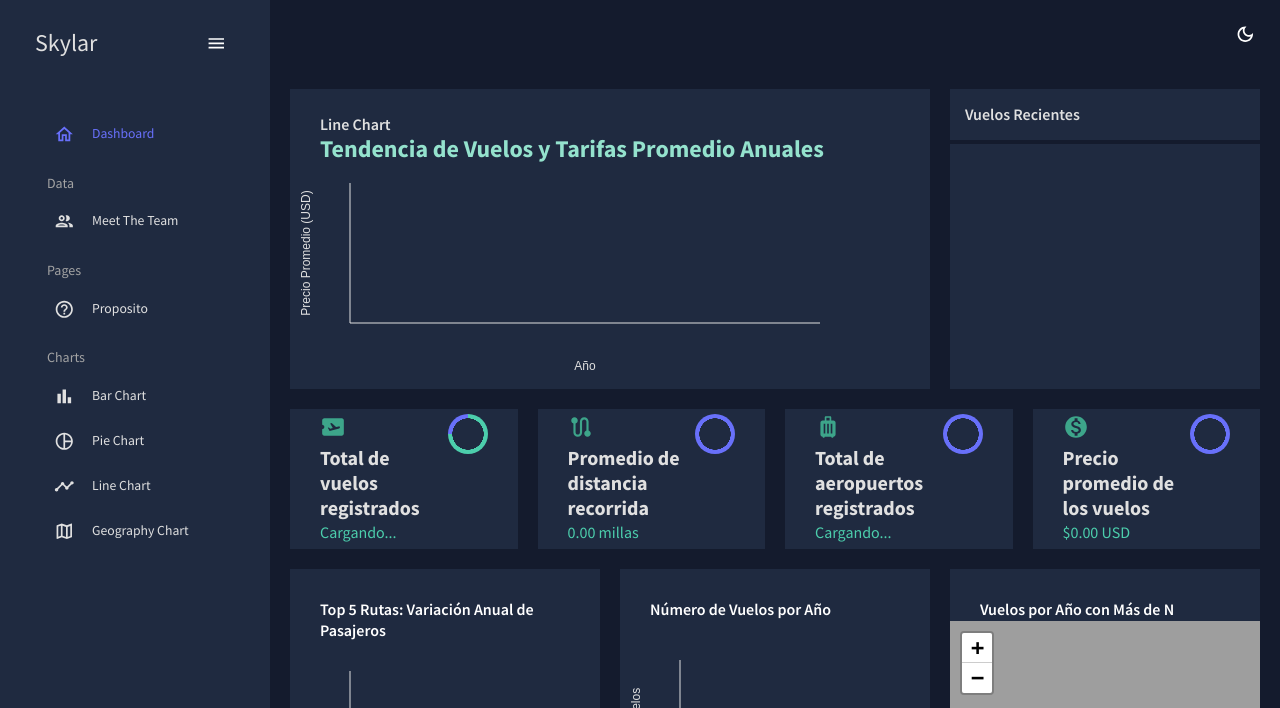
Repository: Carpinteron/Dashboard-DatabaseProject
Page: / (app in react-admin-dashboard-master/)
An editor plug-in stored every save of this project. The page is shown before and after the next save, followed by the edit.
The browser window is 1280 px wide. The pictures show the part of the page from y = 0 to 708 px (the page is 886 px tall).
Pictures or frames that could not be fetched are drawn as grey boxes. The page's requests for data from a server got no answer. The project was rebuilt for these pictures with package versions that can differ from the ones it lists, and the page was loaded fresh each time. No one was signed in, and anything a server would have sent is missing. Also part of the build but not shown: react-admin-dashboard-master/src/components/Header.jsx, react-admin-dashboard-master/src/scenes/team/index.jsx, react-admin-dashboard-master/src/scenes/bar/index.jsx, react-admin-dashboard-master/src/components/BarChart2.jsx, react-admin-dashboard-master/src/scenes/bar2/index.jsx, react-admin-dashboard-master/src/scenes/form/index.jsx, react-admin-dashboard-master/src/scenes/line/index.jsx, react-admin-dashboard-master/src/components/PieChart.jsx and 3 more.

Above is the page before, as saved 2025-05-06 23:03:23.

### react-admin-dashboard-master/public/index.html
<!DOCTYPE html>
<html lang="en">
  <head>
    <meta charset="utf-8" />
    <link rel="icon" type="image/png" href="%PUBLIC_URL%/logoprueba.png" />
    <meta name="viewport" content="width=device-width, initial-scale=1" />
    <meta name="theme-color" content="#000000" />
    <meta
      name="description"
      content="Web site created using create-react-app"
    />
    <link rel="apple-touch-icon" href="%PUBLIC_URL%/logo192.png" />
    <!--
      manifest.json provides metadata used when your web app is installed on a
      user's mobile device or desktop. See https://developers.google.com/web/fundamentals/web-app-manifest/
    -->
    <link rel="manifest" href="%PUBLIC_URL%/manifest.json" />
    <!--
      Notice the use of %PUBLIC_URL% in the tags above.
      It will be replaced with the URL of the `public` folder during the build.
      Only files inside the `public` folder can be referenced from the HTML.

      Unlike "/favicon.ico" or "favicon.ico", "%PUBLIC_URL%/favicon.ico" will
      work correctly both with client-side routing and a non-root public URL.
      Learn how to configure a non-root public URL by running `npm run build`.
    -->
    <title>Dashboard - Skylar</title>
  </head>
  <body>
    <noscript>You need to enable JavaScript to run this app.</noscript>
    <div id="root"></div>
    <!--
      This HTML file is a template.
      If you open it directly in the browser, you will see an empty page.

      You can add webfonts, meta tags, or analytics to this file.
      The build step will place the bundled scripts into the <body> tag.

      To begin the development, run `npm start` or `yarn start`.
      To create a production bundle, use `npm run build` or `yarn build`.
    -->
  </body>
</html>

### react-admin-dashboard-master/src/index.css
@import url("https://fonts.googleapis.com/css2?family=Source+Sans+Pro:wght@400;600;700&display=swap");

html,
body,
#root,
.app,
.content {
  height: 100%;
  width: 100%;
  font-family: "Source Sans Pro", sans-serif;
}

.app {
  display: flex;
  position: relative;
}

::-webkit-scrollbar {
  width: 10px;
}

/* Track */
::-webkit-scrollbar-track {
  background: #e0e0e0;
}

/* Handle */
::-webkit-scrollbar-thumb {
  background: #888;
}

/* Handle on hover */
::-webkit-scrollbar-thumb:hover {
  background: #555;
}
/*
.leaflet-container .leaflet-popup-content-wrapper {
  background-color: #141b2d !important;
  color: #f1f1f1 !important;
  border-radius: 8px !important;
  box-shadow: 0 0 10px rgba(0,0,0,0.5) !important;
}

.leaflet-container .leaflet-popup-tip {
  background-color: #2c2c2c !important;
}*/

### react-admin-dashboard-master/src/scenes/global/Topbar.jsx
import { Box, IconButton, useTheme } from "@mui/material";
import { useContext } from "react";
import { ColorModeContext, tokens } from "../../theme.js";

import LightModeOutlinedIcon from "@mui/icons-material/LightModeOutlined";
import DarkModeOutlinedIcon from "@mui/icons-material/DarkModeOutlined";
import NotificationsOutlinedIcon from "@mui/icons-material/NotificationsOutlined";
import RefreshOutlinedIcon from '@mui/icons-material/RefreshOutlined';
import SettingsOutlinedIcon from "@mui/icons-material/SettingsOutlined";
import PersonOutlinedIcon from "@mui/icons-material/PersonOutlined";
import SearchIcon from "@mui/icons-material/Search";
import styled from "@emotion/styled";
import InputBase from "@mui/material/InputBase";




const styledBox = styled(Box);





const Topbar = () => {
  const theme = useTheme();
  const colors = tokens(theme.palette.mode);
  const colorMode = useContext(ColorModeContext);



  return (
    <Box display="flex" justifyContent="right" gap={2} p={2}>
      {/* SEARCH BAR */}



      {/* ICONS */}
      <Box display="flex">
        <IconButton onClick={colorMode.toggleColorMode}>
          {theme.palette.mode === "dark" ? (
            <DarkModeOutlinedIcon />
          ) : (
            <LightModeOutlinedIcon />
          )}
        </IconButton>

        {/*<IconButton>
          <SettingsOutlinedIcon />
        </IconButton>
        <IconButton>
          <PersonOutlinedIcon />
        </IconButton>*/}
      </Box>
    </Box>
  );
};

export default Topbar;

### react-admin-dashboard-master/src/scenes/dashboard/index.jsx
import { Box, Button, IconButton, Typography, useTheme } from "@mui/material";
import { tokens } from "../../theme";
import { mockTransactions } from "../../data/mockData";
import DownloadOutlinedIcon from "@mui/icons-material/DownloadOutlined";
import EmailIcon from "@mui/icons-material/Email";
import PointOfSaleIcon from "@mui/icons-material/PointOfSale";
import PersonAddIcon from "@mui/icons-material/PersonAdd";
import TrafficIcon from "@mui/icons-material/Traffic";
import Header from "../../components/Header";
import LineChart from "../../components/LineChart";
import GeographyChart from "../../components/GeographyChart";
import BarChart from "../../components/BarChart";
import PieChart2 from "../../components/PieChart2";
import StatBox from "../../components/StatBox";
import ProgressCircle from "../../components/ProgressCircle";
import { useEffect, useState } from "react";
import AirplaneTicketIcon from '@mui/icons-material/AirplaneTicket';
import RouteIcon from '@mui/icons-material/Route';
import LuggageIcon from '@mui/icons-material/Luggage';
import MonetizationOnIcon from '@mui/icons-material/MonetizationOn';



const Dashboard = () => {
  const theme = useTheme();
  const colors = tokens(theme.palette.mode);
  //Para los ultimos vuelos
  const [recentFlights, setRecentFlights] = useState([]);
  // info general
  const [totalvuelos, setTotalVuelos] = useState(0);
  const [avgdistancia, setAvgDistancia] = useState(0);
  const [totalaeropuertos, setTotalAeropuertos] = useState(0);
  const [avgprecio, setAvgPrecio] = useState(0);

  useEffect(() => {
    fetch("http://localhost:3001/api/lista-vuelos")
      .then((res) => res.json())
      .then((data) => setRecentFlights(data))
      .catch((error) => console.error("Error al obtener vuelos recientes:", error));
  }, []);

  //Para el total de vuelos
  useEffect(() => {
    const fetchTotalVuelos = async () => {
      try {
        const res = await fetch(`http://localhost:3001/api/infogeneral1`);
        const data = await res.json();
        if (data.success) {
          setTotalVuelos(data.data.totalvuelos);
        } else {
          console.error('Error en la respuesta:', data.message);
        }
      } catch (error) {
        console.error("Error al obtener el total de vuelos:", error);
      }
    };
    fetchTotalVuelos();
  }, []);


  //Para la distancia promedio
  useEffect(() => {
    const fetchAvgDistancia = async () => {
      try {
        const res = await fetch(`http://localhost:3001/api/infogeneral2`);
        const data = await res.json();
        if (data.success) {
          setAvgDistancia(data.data.avgdistancia);
        } else {
          console.error('Error en la respuesta:', data.message);
        }
      } catch (error) {
        console.error("Error al obtener la distancia promedio:", error);
      }
    };
    fetchAvgDistancia();
  }, []);

  // Para el total de aeropuertos
  useEffect(() => {
    const fetchTotalAeropuertos = async () => {
      try {
        const res = await fetch(`http://localhost:3001/api/infogeneral3`);
        const data = await res.json();

        if (data.success) {
          setTotalAeropuertos(data.data.totalaeropuertos);
        }
      } catch (error) {
        console.error("Error al obtener el total de aeropuertos:", error);
      }
    };
    fetchTotalAeropuertos();
  }, []);

  // Para el precio promedio
  useEffect(() => {
    const fetchAvgPrecio = async () => {
      try {
        const res = await fetch(`http://localhost:3001/api/infogeneral4`);
        const data = await res.json();

        if (data.success) {
          setAvgPrecio(data.data.avgprecio);
        }
      } catch (error) {
        console.error("Error al obtener el precio promedio:", error);
      }
    };
    fetchAvgPrecio();
  }, []);

  return (
    <Box m="20px">
      {/* HEADER */}

      {/* GRID & CHARTS */}
      <Box
        display="grid"
        gridTemplateColumns="repeat(12, 1fr)"
        gridAutoRows="140px"
        gap="20px"
      >
        {/* ROW 1 */}
        <Box
          gridColumn="span 8"
          gridRow="span 2"
          backgroundColor={colors.primary[400]}
        >
          <Box
            mt="25px"
            p="0 30px"
            display="flex "
            justifyContent="space-between"
            alignItems="center"
          >
            <Box>
              <Typography
                variant="h5"
                fontWeight="600"
                color={colors.grey[100]}
              >
                Line Chart
              </Typography>
              <Typography
                variant="h3"
                fontWeight="bold"
                color={colors.greenAccent[300]}
              >
                Tendencia de Vuelos y Tarifas Promedio Anuales
              </Typography>
            </Box>

          </Box>
          <Box height="250px" m="-20px 0 0 0">
            <LineChart isDashboard={true} />
          </Box>
        </Box>
        <Box
          gridColumn="span 4"
          gridRow="span 2"
          backgroundColor={colors.primary[400]}
          overflow="auto"
        >
          <Box
            display="flex"
            justifyContent="space-between"
            alignItems="center"
            borderBottom={`4px solid ${colors.primary[500]}`}
            colors={colors.grey[100]}
            p="15px"
          >
            <Typography color={colors.grey[100]} variant="h5" fontWeight="600">
              Vuelos Recientes
            </Typography>
          </Box>
          {recentFlights.map((flight, i) => (
            <Box
              key={`${flight.id}-${i}`}
              display="flex"
              justifyContent="space-between"
              alignItems="center"
              borderBottom={`4px solid ${colors.primary[500]}`}
              p="15px"
            >
              <Box>
                <Typography
                  color={colors.greenAccent[500]}
                  variant="h5"
                  fontWeight="600"
                >
                  🛬 {flight.airport1} → {flight.airport2}
                </Typography>
                <Typography color={colors.grey[100]}>
                  {flight.city1} → {flight.city2}
                </Typography>
              </Box>
              <Box color={colors.grey[100]}>{new Date(flight.date).toLocaleDateString('es-ES', { timeZone: 'UTC' })}</Box>

            </Box>

          ))}
        </Box>

        {/* ROW 2 - franja*/}
        <Box
          gridColumn="span 3"
          backgroundColor={colors.primary[400]}
          display="flex"
          alignItems="center"
          justifyContent="center"
        >
          <StatBox
            title="Total de vuelos registrados"
            subtitle={totalvuelos || "Cargando..."}

            icon={
              <AirplaneTicketIcon
                sx={{ color: colors.greenAccent[600], fontSize: "26px" }}
              />
            }
          />
        </Box>
        <Box
          gridColumn="span 3"
          backgroundColor={colors.primary[400]}
          display="flex"
          alignItems="center"
          justifyContent="center"
        >
          <StatBox
            title="Promedio de distancia recorrida"
            subtitle={avgdistancia.toFixed(2) + " millas" || "Cargando..."}
            progress=""
            increase=""

            icon={
              <RouteIcon
                sx={{ color: colors.greenAccent[600], fontSize: "26px" }}
              />
            }
          />
        </Box>
        <Box
          gridColumn="span 3"
          backgroundColor={colors.primary[400]}
          display="flex"
          alignItems="center"
          justifyContent="center"
        >
          <StatBox
            title="Total de aeropuertos registrados"
            subtitle={totalaeropuertos || "Cargando..."}
            progress=""
            increase=""
            icon={
              <LuggageIcon
                sx={{ color: colors.greenAccent[600], fontSize: "26px" }}
              />
            }
          />
        </Box>
        <Box
          gridColumn="span 3"
          backgroundColor={colors.primary[400]}
          display="flex"
          alignItems="center"
          justifyContent="center"
        >
          <StatBox
            title="Precio promedio de los vuelos"
            subtitle={"$" + avgprecio.toFixed(2) + " USD" || "Cargando..."}
            progress=""
            increase=""
            icon={
              <MonetizationOnIcon
                sx={{ color: colors.greenAccent[600], fontSize: "26px" }}
              />
            }
          />
        </Box>





        {/* ROW 3 */}

        <Box
          gridColumn="span 4"
          gridRow="span 2"
          backgroundColor={colors.primary[400]}
        >
          <Typography
            variant="h5"
            fontWeight="600"
            sx={{ padding: "30px 30px 0 30px" }}
          >
            Top 5 Rutas: Variación Anual de Pasajeros
          </Typography>
          <Box height="250px" mt="-20px">
            <BarChart isDashboard={true} />
          </Box>
        </Box>
        <Box
          gridColumn="span 4"
          gridRow="span 2"
          backgroundColor={colors.primary[400]}
        >
          <Typography
            variant="h5"
            fontWeight="600"
            sx={{ padding: "30px 30px 0 30px" }}
          >
            Número de Vuelos por Año
          </Typography>
          <Box height="260px">
            <PieChart2 isDashboard={true} />
          </Box>
        </Box>
        <Box
          gridColumn="span 4"
          gridRow="span 2"
          backgroundColor={colors.primary[400]}
        >
          <Typography
            variant="h5"
            fontWeight="600"
            sx={{ padding: "30px 30px 0 30px" }}
          >
            Vuelos por Año con Más de N Pasajeros
          </Typography>
          <Box height="250px" mt="-20px">
            <GeographyChart isDashboard={true} />
          </Box>
        </Box>
      </Box>
    </Box>

  );
};

export default Dashboard;

### react-admin-dashboard-master/src/components/BarChart.jsx
import { useEffect, useState } from "react";
import { useTheme } from "@mui/material";
import { ResponsiveBar } from "@nivo/bar";
import { tokens } from "../theme";


const BarChart = ({ year1b, year2b, isDashboard = false }) => {
  const theme = useTheme();
  const colors = tokens(theme.palette.mode);

  const [data, setData] = useState([]);

  useEffect(() => {
    document.title = "Bar Chart - Skylar";
    const fetchData = async () => {
      try {
        const res = await fetch(`http://localhost:3001/api/rutas-populares?year1=${year1b||2020}&year2=${year2b||2025}`);
        const json = await res.json();
        setData(json);
      } catch (error) {
        console.error("Error al cargar datos del backend:", error);
      }
    };
    const fetchData2 = async () => {
      try {
        const res = await fetch(`http://localhost:3001/api/rutas-populares?year1=2020&year2=2025`);
        const json = await res.json();
        setData(json);
      } catch (error) {
        console.error("Error al cargar datos del backend:", error);
      }
    };

    if (year1b && year2b) {
      fetchData();
    }else{
      fetchData2();
    }
  }, [year1b, year2b]); // Dependencias para actualizar la gráfica cuando cambien los años.


  return (
    <ResponsiveBar

      data={data}
      keys={["HNL 🠮 ITO", "LAS 🠮 RNO", "SEA 🠮 RNO", "LAX 🠮 RNO", "PHX 🠮 RNO"]}
      indexBy="year"
      theme={{
        axis: {
          domain: { line: { stroke: colors.grey[100] } },
          legend: { text: { fill: colors.grey[100] } },
          ticks: {
            line: { stroke: colors.grey[100], strokeWidth: 1 },
            text: { fill: colors.grey[100] },
          },
        },
        legends: { text: { fill: colors.grey[100] } },
      }}
      margin={{ top: 50, right: 130, bottom: 50, left: 60 }}
      padding={0.3}
      valueScale={{ type: "linear" }}
      indexScale={{ type: "band", round: true }}
      colors={{ scheme: "nivo" }}
      borderColor={{ from: "color", modifiers: [["darker", "1.6"]] }}
      axisTop={null}
      axisRight={null}
      axisBottom={{
        tickSize: 5,
        tickPadding: 5,
        tickRotation: 0,
        legend: isDashboard ? undefined : "",
        legendPosition: "middle",
        legendOffset: 32,
      }}
      axisLeft={{
        tickSize: 5,
        tickPadding: 5,
        tickRotation: 0,
        legend: isDashboard ? undefined : "Passengers (Millions)",
        legendPosition: "middle",
        legendOffset: -40,
      }}
      enableLabel={false}
      labelSkipWidth={12}
      labelSkipHeight={12}
      labelTextColor={{
        from: "color",
        modifiers: [["darker", 1.6]],
      }}
      legends={[
        {
          dataFrom: "keys",
          anchor: "bottom-right",
          direction: "column",
          translateX: 120,
          itemsSpacing: 2,
          itemWidth: 100,
          itemHeight: 20,
          itemDirection: "left-to-right",
          symbolSize: 20,
          effects: [
            {
              on: "hover",
              style: { itemOpacity: 1 },
            },
          ],
        },
      ]}
      role="application"
      barAriaLabel={e => `${e.id}: ${e.formattedValue} in year: ${e.indexValue}`}



    />

  );
};

export default BarChart;

### react-admin-dashboard-master/src/components/PieChart2.jsx
import { ResponsiveLine } from "@nivo/line";
import { useTheme } from "@mui/material";
import { tokens } from "../theme";
import { useEffect, useState } from "react";

const LineChart = ({refreshCounter, isDashboard = false }) => {
  const theme = useTheme();
  const colors = tokens(theme.palette.mode);
  const [data, setData] = useState([]);
  const fixedColors = ["#4FC3F7", "#81C784", "#BA68C8", "#FFB74D", "#90A4AE"];

  useEffect(() => {
    document.title = "Dashboard - Skylar";
    const fetchData = async () => {
      try {
        const res = await fetch("http://localhost:3001/api/vuelos-enero-mayo-2025");
        const json = await res.json();

        console.log("Datos recibidos en React:", json.data); // 👈

        const formattedData = [
          {
            id: "Cantidad",
            data: json.data.map((item) => ({
              x: item.NombreMes,
              y: item.Cant_Vuelos,
            })),
          },
        ];

        setData(formattedData);
      } catch (error) {
        console.error("Error al cargar los datos del gráfico:", error);
      }
    };


    fetchData();
  }, [refreshCounter]);

  return (
    <ResponsiveLine
      data={data}
      theme={{
        axis: {
          domain: { line: { stroke: colors.grey[100] } },
          legend: { text: { fill: colors.grey[100] } },
          ticks: {
            line: { stroke: colors.grey[100], strokeWidth: 1 },
            text: { fill: colors.grey[100] },
          },
        },
        legends: { text: { fill: colors.grey[100] } },
        tooltip: { container: { color: colors.primary[500] } },
      }}
      colors={fixedColors}
      margin={{ top: 40, right: 110, bottom: 60, left: 60 }}
      xScale={{ type: "point" }}
      yScale={{
        type: "linear",
        min: "auto",
        max: "auto",
        stacked: false,
        reverse: false,
      }}
      yFormat=" >-.2f"
      curve="linear"
      axisTop={null}
      axisRight={null}
      axisBottom={{
        orient: "bottom",
        tickSize: 0,
        tickPadding: 10,
        tickRotation: 0, // Mostrar horizontalmente
        legend: "Mes",
        legendOffset: 36,
        legendPosition: "middle",
      }}
      axisLeft={{
        orient: "left",
        tickValues: 5,
        tickSize: 3,
        tickPadding: 6,
        tickRotation: 0,
        legend: "Cantidad de Vuelos",
        legendOffset: -44,
        legendPosition: "middle",
      }}
      enableGridX={false}
      enableGridY={false}
      pointSize={6}
      pointColor={{ from: "serieColor" }}
      pointBorderWidth={2}
      pointBorderColor={{ from: "serieColor" }}
      pointLabelYOffset={-12}
      useMesh={true}
      legends={[
        {
          anchor: "bottom-right",
          direction: "column",
          justify: false,
          translateX: 100,
          translateY: 0,
          itemsSpacing: 0,
          itemDirection: "left-to-right",
          itemWidth: 80,
          itemHeight: 20,
          itemOpacity: 0.75,
          symbolSize: 12,
          symbolShape: "circle",
          symbolBorderColor: "rgba(0, 0, 0, .5)",
          effects: [
            {
              on: "hover",
              style: {
                itemBackground: "rgba(0, 0, 0, .03)",
                itemOpacity: 1,
              },
            },
          ],
        },
      ]}
      role="application"
      lineAriaLabel={(e) => `${e.id}: ${e.formattedValue} en mes: ${e.indexValue}`}
    />
  );
};

export default LineChart;

### react-admin-dashboard-master/src/components/StatBox.jsx
import { Box, Typography, useTheme } from "@mui/material";
import { tokens } from "../theme";
import ProgressCircle from "./ProgressCircle";

const StatBox = ({ title, subtitle, icon, progress, increase }) => {
  const theme = useTheme();
  const colors = tokens(theme.palette.mode);

  return (
    <Box width="100%" m="0 30px">
      <Box display="flex" justifyContent="space-between">
        <Box>
          {icon}
          <Typography
            variant="h4"
            fontWeight="bold"
            sx={{ color: colors.grey[100] }}
          >
            {title}
          </Typography>
        </Box>
        <Box>
          <ProgressCircle progress={progress} />
        </Box>
      </Box>
      <Box display="flex" justifyContent="space-between" mt="2px">
        <Typography variant="h5" sx={{ color: colors.greenAccent[500] }}>
          {subtitle}
        </Typography>
        <Typography
          variant="h5"
          fontStyle="italic"
          sx={{ color: colors.greenAccent[600] }}
        >
          {increase}
        </Typography>
      </Box>
    </Box>
  );
};

export default StatBox;

Loaded but not shown: react-admin-dashboard-master/src/components/ProgressCircle.jsx (common file); react-admin-dashboard-master/src/data/mockData.js (802 lines, source omitted); react-admin-dashboard-master/src/theme.js (214 lines, source omitted); react-admin-dashboard-master/src/App.js (52 lines, source omitted); react-admin-dashboard-master/src/index.js (16 lines, source omitted); react-admin-dashboard-master/src/scenes/global/Sidebar.jsx (198 lines, source omitted); react-admin-dashboard-master/src/components/GeographyChart.jsx (158 lines, source omitted); react-admin-dashboard-master/src/components/LineChart.jsx (130 lines, source omitted)

After the next save:
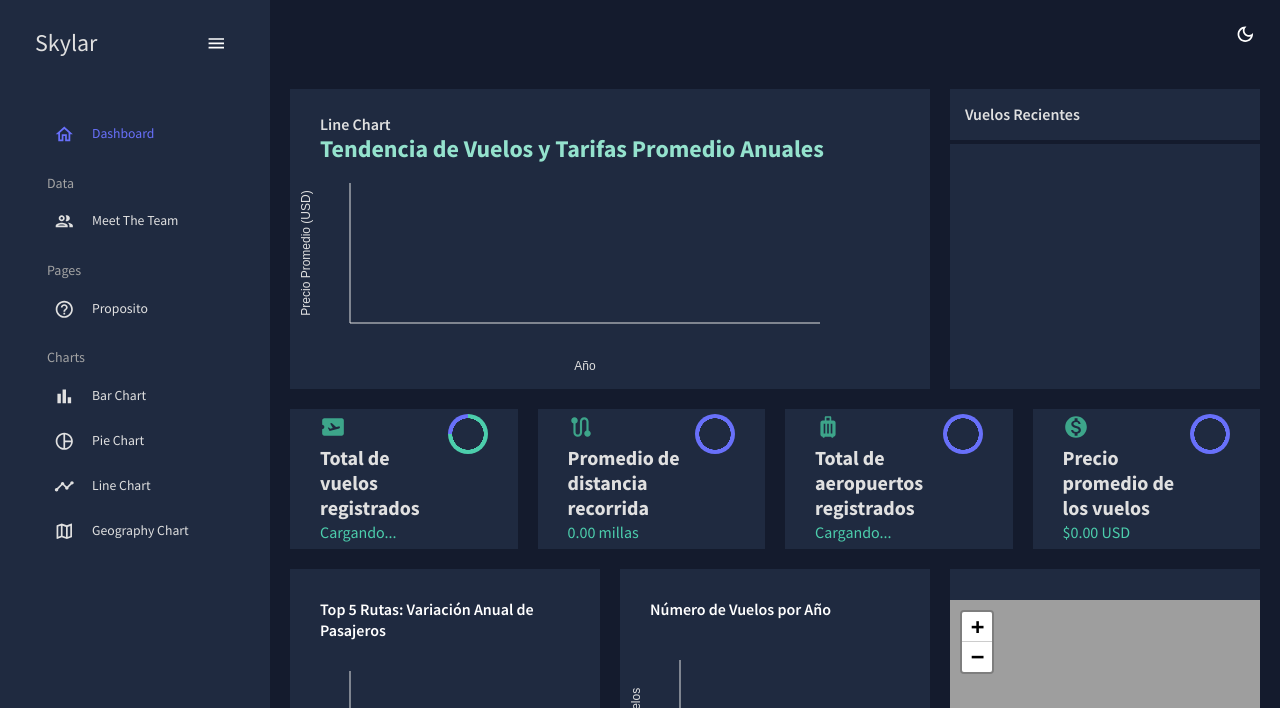
Saved 2 min 11 s later.
--- a/react-admin-dashboard-master/src/scenes/dashboard/index.jsx
+++ b/react-admin-dashboard-master/src/scenes/dashboard/index.jsx
@@ -328,7 +328,7 @@ const Dashboard = () => {
             fontWeight="600"
             sx={{ padding: "30px 30px 0 30px" }}
           >
-            Vuelos por Año con Más de N Pasajeros
+            Mapa de Rutas de Vuelo
           </Typography>
           <Box height="250px" mt="-20px">
             <GeographyChart isDashboard={true} />
